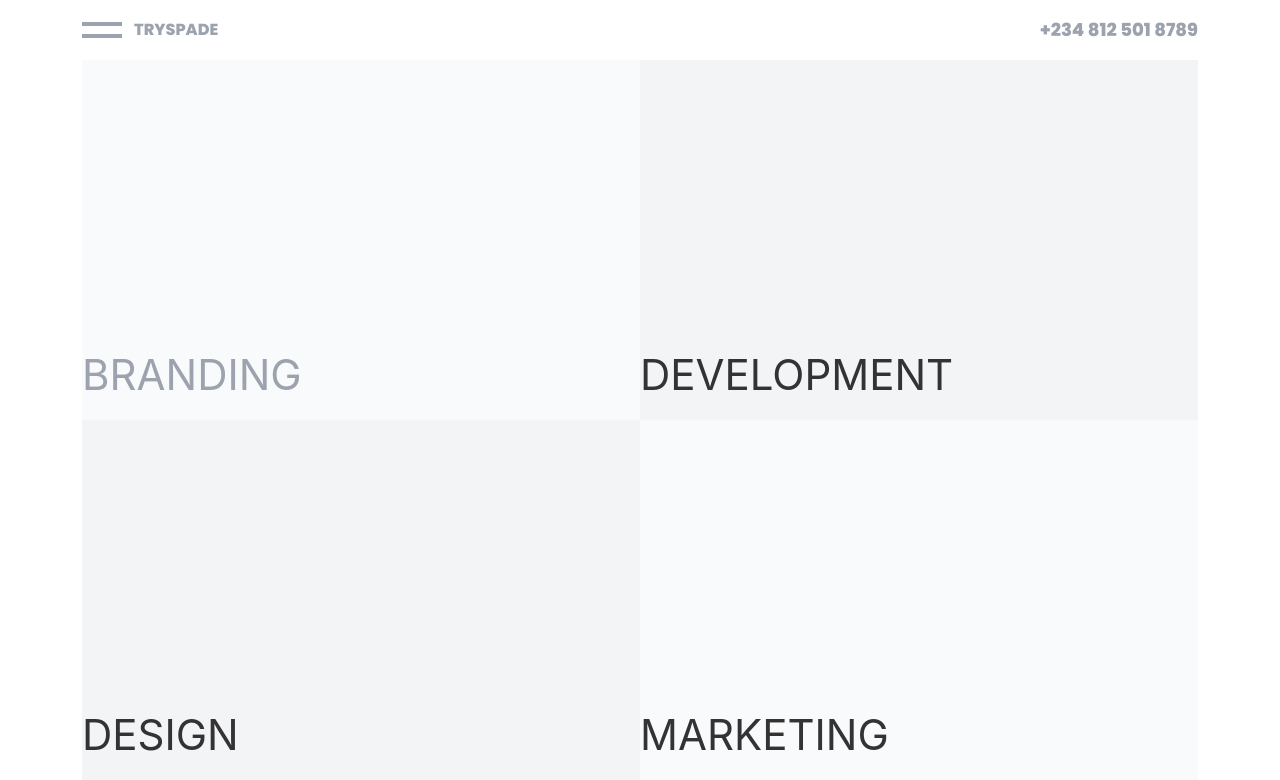
Repository: latenightsnacc/super-octo-fortnight
Page: new.html
An editor plug-in stored every save of this project. The page is shown before and after the next save, followed by the edit.
The browser window is 1280 px wide. The pictures show the whole page.
Some web libraries are served in a nearby version.

Above is the page before, as saved 2021-03-01 12:21:17.

After the next save:
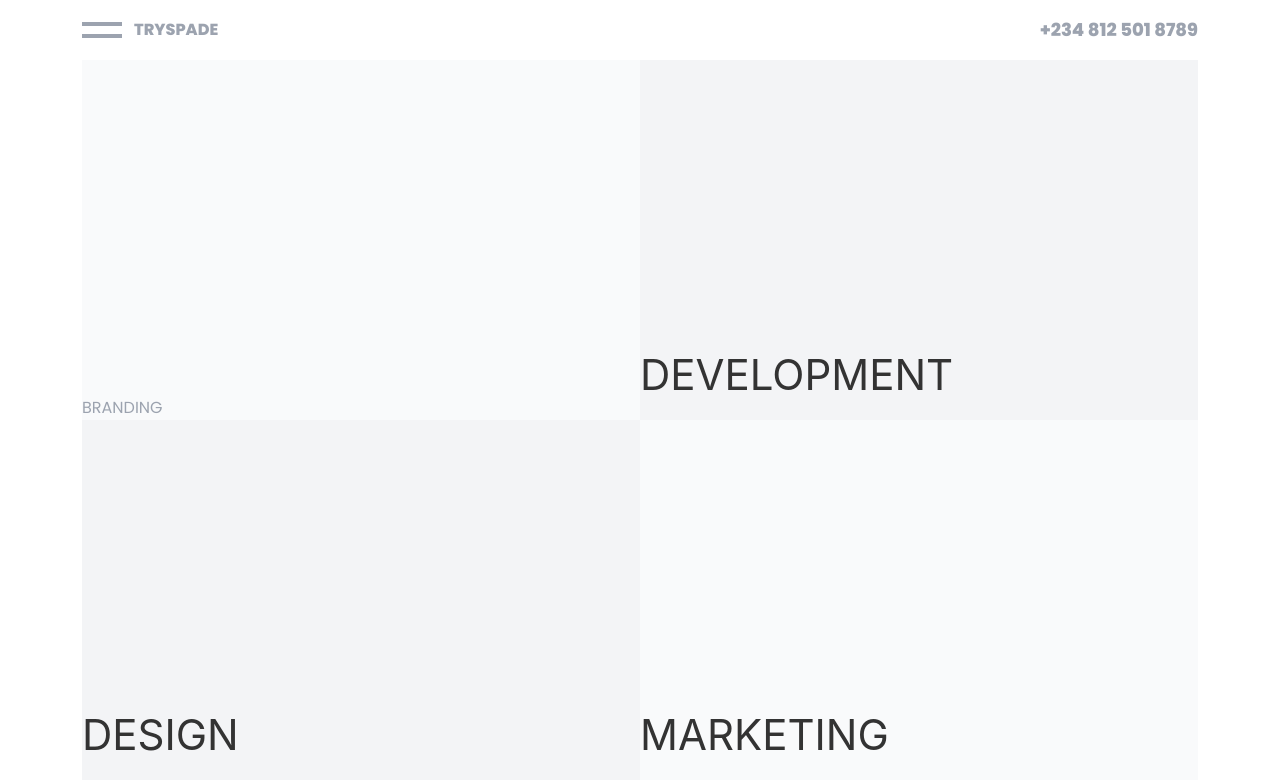
Saved 19 s later.
--- a/new.html
+++ b/new.html
@@ -49,7 +49,7 @@
                 <div class="w-1/2 flex flex-col">
                   <div class="bg-gray-50 h-50 group hover:shadow-2xl">
                       <div class="flex h-full items-end">
-                        <h1 class="uppercase text-gray-400 group-hover:text-black">branding</h1>
+                        <div class="uppercase text-gray-400 group-hover:text-black">branding</div>
                       </div>
                   </div>
                   <div class="bg-gray-100 h-50">
